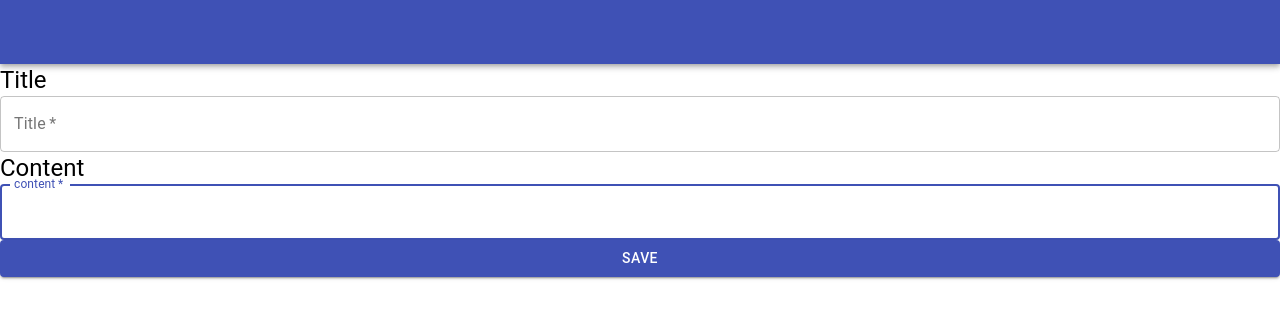
Repository: JX-Zhuang/todo
Page: /detail
These files come from the project's save history. The page is drawn as it stood at one moment and after the next save; the edit follows.
The browser window is 1280 px wide. The pictures show the whole page.
The project was rebuilt for these pictures with package versions that can differ from the ones it lists, and the page was loaded fresh each time. Also part of the build but not shown: src/components/Avatar/index.js, src/components/List/Item.js, src/components/List/List.js, src/utils/deleteItem.js, src/components/List/index.js, src/components/Login/index.js, src/components/Register/index.js.

Above is the page before, as saved 2019-06-17 13:55:48.

After the next save:
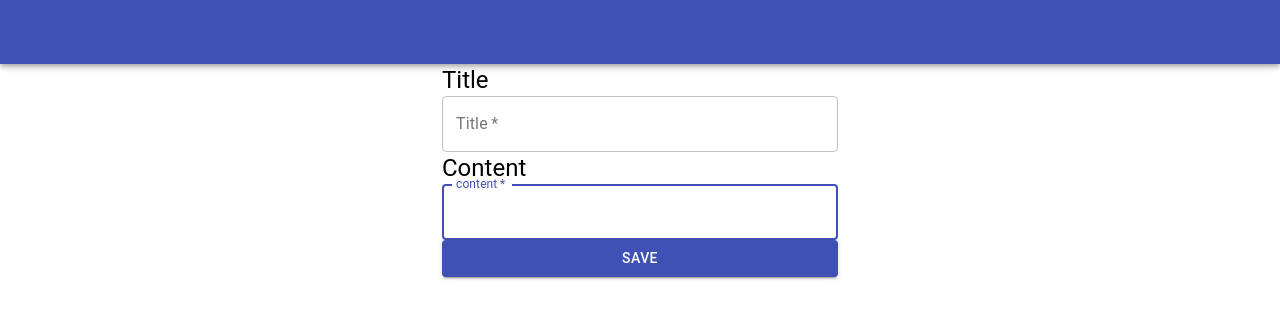
Saved 93 s later.
--- a/src/components/Detail/index.js
+++ b/src/components/Detail/index.js
@@ -4,6 +4,7 @@ import Grid from '@material-ui/core/Grid';
 import Content from './Content';
 import Title from './Title';
 import Button from '@material-ui/core/Button';
+import Container from '@material-ui/core/Container';
 export default function Detail(props) {
     const [title, setTitle] = React.useState(props.title);
     const [content, setContent] = React.useState(props.content);
@@ -20,27 +21,31 @@ export default function Detail(props) {
     const handleClick = e => props.save({
         title, content
     });
-    return <Grid container direction={'column'}>
-        <Title value={title} onChange={setTitle} />
-        <Content value={content} onChange={setContent} />
-        <Grid item xs={12}>
-            <Button
-                type="submit"
-                fullWidth
-                variant="contained"
-                color="primary"
-                // className={classes.submit}
-                onClick={handleClick}
-            >
-                Save
-          </Button>
-        </Grid>
-    </Grid>
+    return (
+        <Container component="main" maxWidth="xs">
+            <Grid container direction={'column'}>
+                <Title value={title} onChange={setTitle} />
+                <Content value={content} onChange={setContent} />
+                <Grid item xs={12}>
+                    <Button
+                        type="submit"
+                        fullWidth
+                        variant="contained"
+                        color="primary"
+                        // className={classes.submit}
+                        onClick={handleClick}
+                    >
+                        Save
+                   </Button>
+                </Grid>
+            </Grid>
+        </Container>
+    )
 }
 Detail.defaultProps = {
     title: '',
     content: '',
-    save: () => {}
+    save: () => { }
 };
 Detail.propTypes = {
     title: PropTypes.string,
